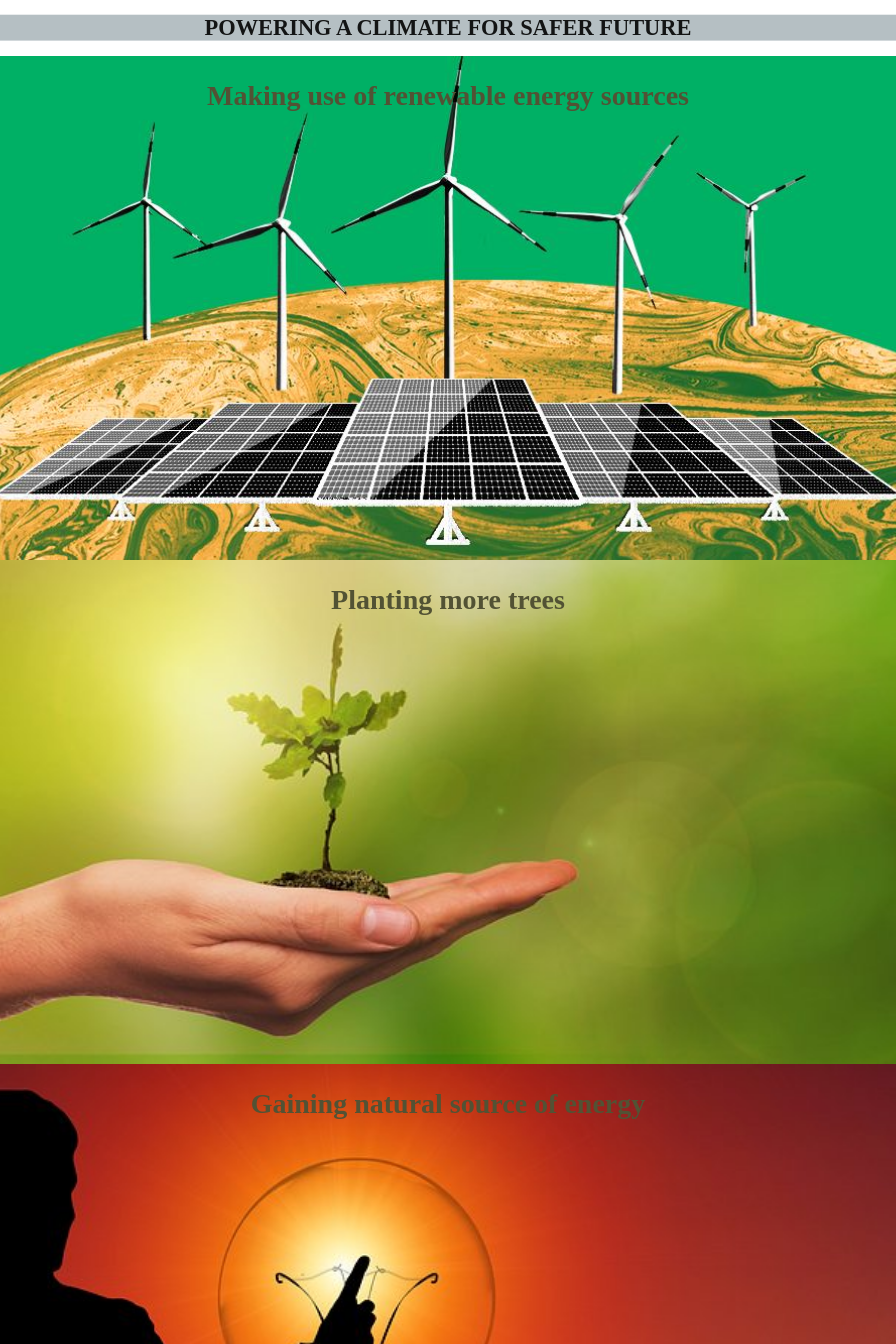
Repository: NavinDayanithi/static-web-design-competition
Page: index.html
An editor plug-in stored every save of this project. The page is shown before and after a run of saves, followed by the edit.
The browser window is 1280 px wide. The pictures show the part of the page from y = 0 to 1920 px (the page is 4420 px tall), at 70% of full size.
Backgrounds fixed to the window are drawn as part of the page.

Above is the page before, as saved 2023-04-28 20:41:37.

### index.html
<!DOCTYPE html>
<html lang="en">
<head>
  <title>POWERING CLIMATE </title>
  <link rel="stylesheet" href="styles.css">
</head>
<body>
    <h1 >POWERING A CLIMATE FOR SAFER FUTURE</h1>
    <div class="box1">
        <h2>Making use of renewable energy sources</h2>
    </div>
    <div class="box2">
        <h2>Planting more trees</h2>
    </div>
    <div class="box3">
        <h2>Gaining natural source of energy</h2>
    </div>
    <div class="box4">
        <h2>Everyone is responsible</h2>
    </div>
    <div class="box5">
        <h2>Using Eco-friendly products</h2>
    </div>
    <div class="box6">
        <h2></h2>
    </div>
</body>
</html>

### styles.css

h1
{
    text-align:center;
    color:rgb(19, 20, 20);
    background-color: rgb(181, 191, 195);

}
h2{
    text-align: center;
    color: rgb(82, 82, 52);
    font-size:40px;
}

 body{
    margin: 0;
    padding: 0;
    /* background-color: blue; */
}
head{
    text-align: center;
}

.box1{
    height: 100vh;
    width:100%;
    background-image: url(img1.jpg);
    background-size: cover;
    background-position: center;
    display: table;
    background-attachment: fixed;
}

.box2{
    height: 100vh;
    width:100%;
    background-image: url(img2.jpg);
    background-size: cover;
    background-position: center;
    display: table;
    background-attachment: fixed;
}

.box3{
    height: 100vh;
    width:100%;
    background-image: url(img3.jpg);
    background-size:cover;
    display: table;
    background-attachment: fixed;

}


.box4{
    height: 100vh;
    width:100%;
    background-image: url(img4.jpg);
    background-size: cover;
    background-position: center;
    display: table;
    background-attachment: fixed;
}

.box5{
    height: 100vh;
    width:100%;
    background-image: url(img5.jpg);
    background-size: cover;
    /* background-position: center; */
    display: table;
    background-attachment: fixed;
}

.box6{
    height: 100vh;
    margin-top: 20px;
    width:100%;
    background-image: url(img6.jpg);
    background-size: cover;
   background-position: center;
    display: table;
    background-attachment: fixed;
}

After the next 2 saves:
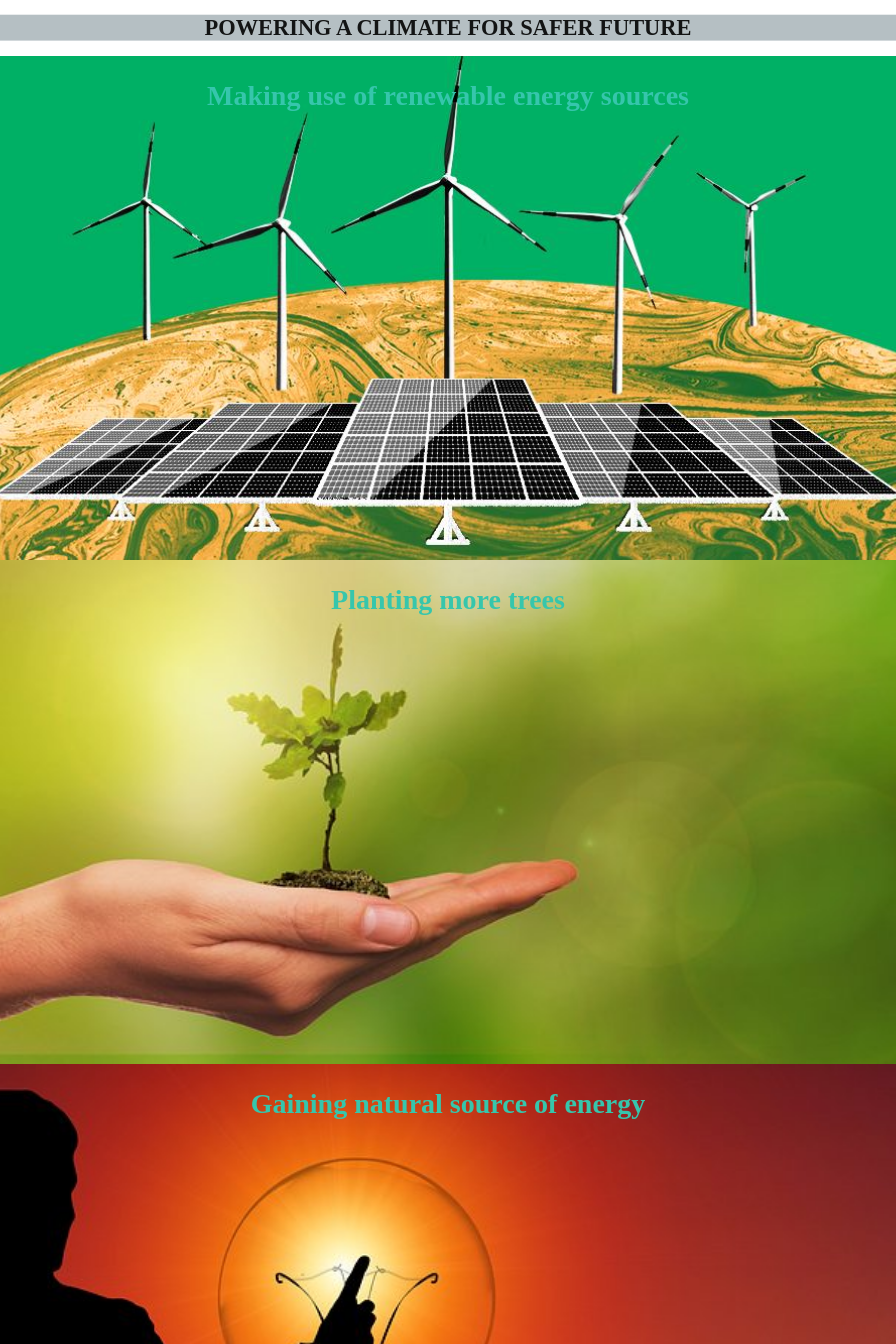
The 2 saves are shown as one change because they came seconds apart.
The last was saved 6 s later.
--- a/styles.css
+++ b/styles.css
@@ -8,7 +8,7 @@ h1
 }
 h2{
     text-align: center;
-    color: rgb(82, 82, 52);
+    color: rgb(54, 198, 172);
     font-size:40px;
 }
 
